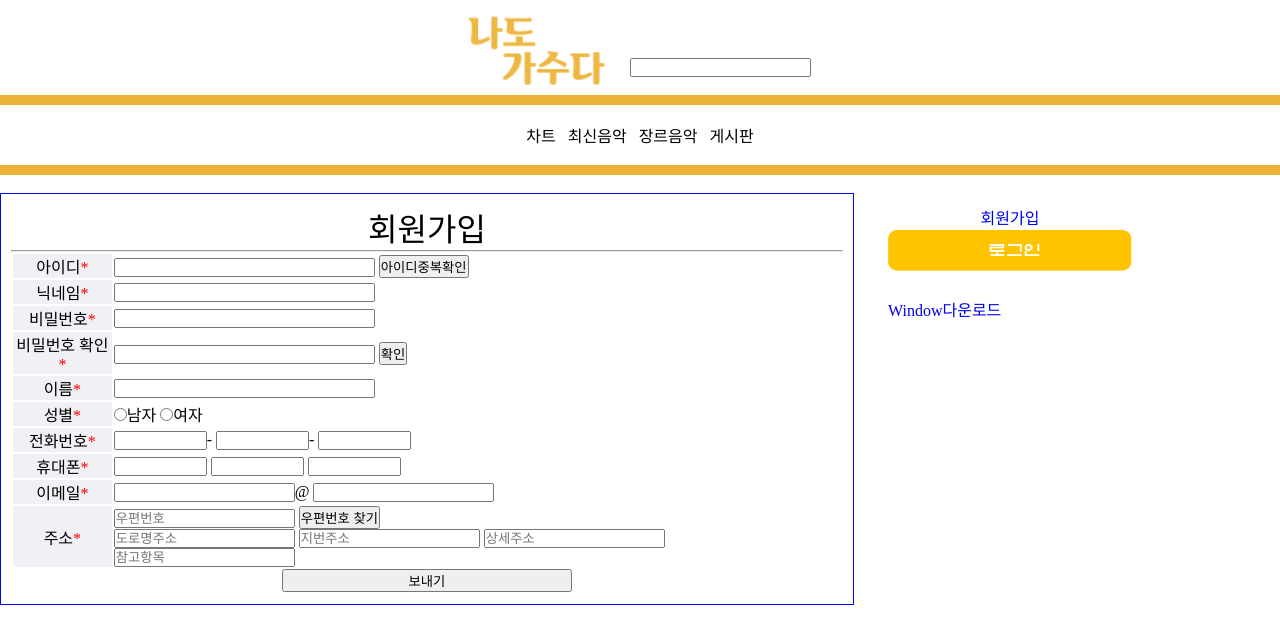
Repository: Ea-Bell/GraduationPortfolio
Page: http://localhost/WebTest/webTest/View/login/signUp.jsp
These files come from the project's save history. The page is drawn as it stood at one moment and after the next save; the edit follows.
The browser window is 1280 px wide. The pictures show the whole page.
The page is served by Tomcat 9. Nobody is signed in. The application's start-up code is not run. Other server files are loaded and not shown.

Above is the page before, as saved 2020-09-16 08:35:30.

### WEB_Server/WebTest/WebContent/webTest/View/login/signUp.jsp
<%@ page language="java" contentType="text/html; charset=UTF-8"
	pageEncoding="UTF-8"%>
<%@ taglib uri="http://java.sun.com/jsp/jstl/core" prefix="c"%>
<!DOCTYPE html>
<html>
<head>

<meta charset="UTF-8">
<title>회원가입</title>
<link rel="stylesheet" type="text/css" href="/webTest/Model/login/info.css" />
<link rel="stylesheet" type="text/css"
	href="/webTest/Model/mainForm/mainForm.css" />
<script type="text/javascript" src="/webTest/Model/mainForm/mainForm.js"></script>
</head>
<%-- 기본 기능 스크립트--%>
<script type="text/javascript" src="/webTest/Model/login/info.js"></script>

<%-- 다음 주소 스크립트--%>
<script
	src="https://t1.daumcdn.net/mapjsapi/bundle/postcode/prod/postcode.v2.js"></script>

<body>

<header>
	<div align="center">

		<form action="mainForm.jsp" method="post">
			<!-- 헤더 -->

				<a href="/index" style="background: white;">
					 <img src="/webTest/img/logo.png"
					 style="position: relative; top: 15px; left: 0px; width: 140px; width:140px"></a>
					  <input type="text" onclick=""
					style="position: relative; left: 20px;">
				&nbsp;&nbsp;&nbsp;&nbsp;&nbsp; <br>
				<br>

				<hr id="head_line" size="10px" color="#ECB237">

				<br> <a href="" onmouseover="TextMover()"
					onmouseout="TextMount()" id="nav" style="color: black;">차트</a>
				&nbsp; <a href="/webTest/View/fileUpLoad/fileList.jsp" onmouseover="TextMover2()"
					onmouseout="TextMount2()" id="nav2" style="color: black;">최신음악</a>
				&nbsp; <a href="" onmouseover="TextMover3()"
					onmouseout="TextMount3()" id="nav3" style="color: black;">장르음악</a>
						&nbsp; <a href="/webTest/article/list.jsp"  id="nav3" style="color: black;">게시판</a>
				<br>
				<br>
		</form>



	</div>
</header>
		<hr id="head_line" size="10px" color="#ECB237">
		<br>
	<!-- 콘텐츠 -->

	<div id="content"  style="border:1px solid blue; padding:10px; width: 65%;  float: left;" >


<form action="" name="join" method="post">
		<div align="center">
			<span> <font size="6px">회원가입</font>
			</span>
			<hr>
		</div>
		<div align="center">
			<table>
				<tr>
					<td align="center" id="iColor">아이디<span id="iSpan">*</span></td>
					<td><input type="text" size="30" name="id" value="${param.id}">
						<input type="submit" value="아이디중복확인" name="btn1" onclick="Btn(1)">
					</td>
				</tr>
				<tr>
					<td align="center" id="iColor">닉네임<span id="iSpan">*</span></td>
					<td><input type="text" size="30" name="nickname"> <c:if
							test="${errors.nickname }">닉네임을 입력하시오.</c:if></td>
				</tr>
				<tr>
					<td align="center" id="iColor">비밀번호<span id="iSpan">*</span></td>
					<td><input type="password" size="30" name="pw"> <c:if
							test="${errors.pw}}">암호를 입력하시오</c:if></td>
				</tr>
				<tr>
					<td align="center" id="iColor">비밀번호 확인<span id="iSpan">*</span></td>
					<td><input type="password" size="30"> <input type="submit"
						value="확인" name="confirmPw" onclick="Btn(3)"> <c:if
							test="${errors.confirmPw}">암호를 입력하시오.</c:if></td>
				</tr>
				<tr>
					<td align="center" id="iColor">이름<span id="iSpan">*</span></td>
					<td><input type="text" size="30" name="name"
						value="${param.name}"> <c:if test="${errors.name} }"></c:if>
					</td>
				</tr>

							<!-- 성별에서 디비 오류남 -->
				<tr>
					<td align="center" id="iColor">성별<span id="iSpan">*</span></td>
					<td><input type="radio" name="gender" value="남">남자 <input
						type="radio" name="gender" value="여">여자 <c:if
							test="${errors.gender}">성별을 클릭하시오.</c:if></td>
				</tr>
				<tr>
					<td align="center" id="iColor">전화번호<span id="iSpan">*</span></td>
					<td><input type="text" size="9" name="tel1">- <input
						type="text" size="9" name="tel2">- <input type="text"
						size="9" name="tel3"> <c:if test="${errors.tel }">전화번호를 입력하시오</c:if>
					</td>
				</tr>
				<tr>
					<td align="center" id="iColor">휴대폰<span id="iSpan">*</span></td>
					<td><input type="text" size="9" name="phone1"> <input
						type="text" size="9" name="phone2"> <input type="text"
						size="9" name="phone3"> <c:if test="${errors.phone}">번호를 입력하시오</c:if>
					</td>
				</tr>
				<tr>
					<td align="center" id="iColor">이메일<span id="iSpan">*</span></td>


			<td>
			<input type="text" name ="email1">@
			<input type="text" name ="email2">

			</td>
				<%-- 테스트 해야한다
<!-- 이메일  오류 있으니 이메일 체인지 찾아서 수정해서 완료할것(완료시 주석 삭제 요청함) -->

					<td>

						<input type="text" name="email1" onfocus="this.value='';"> @
						<input type="text" name="email2" value="" disabled>
						 <select name="email1" onchange="email_change()">
							<!--     <option value="0" >선택하세요</option> -->
							<option id="email2" value="9">직접입력</option>

							<option value="naver.com">naver.com</option>

							<option value="nate.com">nate.com</option>
					</select> <!-- 이메일끝 요기서 이메일 텍스트 부분을 3가지로 나눠서 생각하시오 --> <c:if
							test="errors.email">이메일을 입력하시오</c:if>
					</td>

					 --%>
				</tr>
				<tr>
					<td align="center" id="iColor">주소<span id="iSpan">*</span></td>

					<td><input type="text" id="sample4_postcode" name="addr1"
						placeholder="우편번호"> <input type="button"
						onclick="sample4_execDaumPostcode()" value="우편번호 찾기"><br>

						<input type="text" id="sample4_roadAddress" name="addr2"
						placeholder="도로명주소"> <input type="text"
						id="sample4_jibunAddress" name="addr3" placeholder="지번주소">

						<span id="guide" style="color: #999; display: none"></span> <input
						type="text" id="sample4_detailAddress" name="addr4"
						placeholder="상세주소"> <input type="text"
						id="sample4_extraAddress" name="addr5" placeholder="참고항목">
						<c:if test="errors.addr">주소를 입력하시오</c:if></td>
				</tr>
				<tr >
					<td colspan="2" align="center" ><input  style="width: 35%; background: 1px solid #ECB237; background-color:rgba(0,0,0,0,); " type="submit" value="보내기" name="btn2"
						onclick="Btn(2)" ></td>
				</tr>
			</table>
		</div>
	</form>
	</div>



	<div style="padding:10px; width: 30%; float: right;">
		<aside id="main_aside">

			<table border="0">
				<tr>
					<td><c:if test="${empty authUser }">
							<div align="center"><a href=""></a> <a href="/webTest/login/signUp.jsp">회원가입</a></div>
							<a href="/webTest/login/login.jsp" ><img alt="" src="/webTest/img/login/login.png" style="height: 42px; width: 244px;"></a>
							<br>

						</c:if> <c:if test="${!empty authUser}">
				${authUser.nickname}님, 안녕하세요.<br />
							<a href="/LogoutHandler">[로그아웃하기]</a>
							<a href="changePwdForm.jsp">[암호변경하기]</a>
									&nbsp;&nbsp;&nbsp;&nbsp;&nbsp;&nbsp;&nbsp;&nbsp;&nbsp;&nbsp;<a href="/webTest/list/newMusicForm.jsp">[마이페이지]</a>
						</c:if></td>
				</tr>
			</table>

			<br>
			<table border="0">
				<tr>

					<td>
				<a href="/webTest/나는가수다.msi" download=>Window다운로드</a>
					</td>

				</tr>
			</table>

		</aside>
		</div>



	<!-- 바텀 -->
	<div align="center">



	</div>

</body>
</html>

### WEB_Server/WebTest/WebContent/webTest/Model/login/info.css
@charset "UTF-8";

#iColor
{
	background-color: #f0f0f5;
}
#iSpan
{
	color: red;
	align-content: center;
}

### WEB_Server/WebTest/WebContent/webTest/Model/mainForm/mainForm.css
@charset "UTF-8";
body{
	position: relative;
}

*{ margin:0; padding :0;}

img{border: 0; width:16px ; height: 16 px;}


#content{
	/* 중앙 정렬*/
	width: 960px;

	/* 수평 레이아웃 구성 */
	overflow: hidden;
}
#content > #main_section
{
	width: 650px;
	float: left;			/* 왼쪽에 붙입니다*/
}

#content > #main_aside{
	height:30%;
	width : 25%;
	float: right;           /*오른쪽에 붙입니다.*/
	margin-bottom: 20px;
	padding: 10px;

	color: #ff8000;


}



#content > #main_bside{

	width : 30%;
	height:0%;
	float: left;           /*왼쪽에 붙입니다.*/
	margin-bottom: 20px;
	padding: 10px;


}
#content > #main_cside{
	width :70%;
	height: 0%;
	float: none;           /*가운데에 붙입니다.*/
	margin-bottom: 20px;
	padding: 10px;
	border: 1px solid #e4e4e4;
	color: #ff8000;
	background-color:ff8000;
}

#textcolor{
	border: 1px solid #e4e4e4;
	color: #ff8000;
	background-color:ff8000;
}

#hr
{

}
#nav
{
	 font-family: ""
}
#winFont{
	font-family: "돋음";
	color: #1A1A1A;
}
a {
  text-decoration: none;
}

### WEB_Server/WebTest/WebContent/webTest/Model/mainForm/mainForm.js
/**
 *
 */

//문자나 이미지가 밖으로 나갔을경우
function TextMover() {
	var dama = document.getElementById('nav');
	dama.style.color="Red";
}
function ImgMover() {

}
function TextMover2() {
	var dama = document.getElementById('nav2');
	dama.style.color="Red";
}
function TextMover3() {
	var dama = document.getElementById('nav3');
	dama.style.color="Red";
}
//문자나 이미지가 밖으로 갔을경우
function TextMount() {
	var dama = document.getElementById('nav');
	dama.style.color="Black";
}
function TextMount2() {
	var dama = document.getElementById('nav2');
	dama.style.color="Black";
}
function TextMount3() {
	var dama = document.getElementById('nav3');
	dama.style.color="Black";
}
function ImgMount() {

}

### WEB_Server/WebTest/WebContent/webTest/Model/login/info.js
/**
 *
 */




function email_change(){

/*
if(document.join.email.options[document.join.email.selectedIndex].value == '0'){

 document.join.email2.disabled = true;

 document.join.email2.value = " ";
 dovument.join.email2.text = "";
}
*/



}
	function pwErrorCheck(){
	    var pw = document.join.wUserPW.value;
	    //var confirmPW = document.join.wUserPWConfirm.value;
	    if (pw.length < 6 || pw.length > 16) {
	        window.alert('비밀번호는 6글자 이상, 16글자 이하만 이용 가능합니다.');
	        document.join.pw.value =""
	        document.join.pwCheck.value="";
	        document.join.pw.focus();
	    }
	}


	function isSame(){
		var pw = document.join.pw.value;
	    var confirmPW = document.join.confirmPW.value;
		if(pw !="" && confirmPW!="") {
	        if(pw == confirmPW) {
	        	  document.getElementById('check').innerHTML='비밀번호가 일치합니다.'
	              document.getElementById('check').style.color='blue';
	        }
	        else {
	        	document.getElementById('check').innerHTML='비밀번호가 일치하지 않습니다.';
	            document.getElementById('check').style.color='red';
	        }
	    }
	}




function SetEmailTail(emailValue) {
	  if ( emailValue == "notSelected" ){
		  document.join.email2.readOnly = true;
		  document.join.email2.value = "";
	  }
	  else if ( emailValue == "etc" ) {
		  document.join.email2.readOnly = false;
		  document.join.email2.value = "";
	  } else {
		  document.join.email2.readOnly = true;
		  document.join.email2.value = emailValue;
	  }
}


function Btn(index){

	if(index ==1){
		document.join.method="post"
		document.join.action="../../test/test1.jsp";

	}
	else if(index==2)
		{
		document.join.method="post"
			document.join.action="/WebTest/Servlet";
		}
	else if(index ==3)
		{document.join.method="post"
		document.join.action="../../test/test3.jsp";
		}
	document.join.submit();
}



//본 예제에서는 도로명 주소 표기 방식에 대한 법령에 따라, 내려오는 데이터를 조합하여 올바른 주소를 구성하는 방법을 설명합니다.
function sample4_execDaumPostcode() {
    new daum.Postcode({
        oncomplete: function(data) {
            // 팝업에서 검색결과 항목을 클릭했을때 실행할 코드를 작성하는 부분.

            // 도로명 주소의 노출 규칙에 따라 주소를 표시한다.
            // 내려오는 변수가 값이 없는 경우엔 공백('')값을 가지므로, 이를 참고하여 분기 한다.
            var roadAddr = data.roadAddress; // 도로명 주소 변수
            var extraRoadAddr = ''; // 참고 항목 변수

            // 법정동명이 있을 경우 추가한다. (법정리는 제외)
            // 법정동의 경우 마지막 문자가 "동/로/가"로 끝난다.
            if(data.bname !== '' && /[동|로|가]$/g.test(data.bname)){
                extraRoadAddr += data.bname;
            }
            // 건물명이 있고, 공동주택일 경우 추가한다.
            if(data.buildingName !== '' && data.apartment === 'Y'){
               extraRoadAddr += (extraRoadAddr !== '' ? ', ' + data.buildingName : data.buildingName);
            }
            // 표시할 참고항목이 있을 경우, 괄호까지 추가한 최종 문자열을 만든다.
            if(extraRoadAddr !== ''){
                extraRoadAddr = ' (' + extraRoadAddr + ')';
            }

            // 우편번호와 주소 정보를 해당 필드에 넣는다.
            document.getElementById('sample4_postcode').value = data.zonecode;
            document.getElementById("sample4_roadAddress").value = roadAddr;
            document.getElementById("sample4_jibunAddress").value = data.jibunAddress;

            // 참고항목 문자열이 있을 경우 해당 필드에 넣는다.
            if(roadAddr !== ''){
                document.getElementById("sample4_extraAddress").value = extraRoadAddr;
            } else {
                document.getElementById("sample4_extraAddress").value = '';
            }

            var guideTextBox = document.getElementById("guide");
            // 사용자가 '선택 안함'을 클릭한 경우, 예상 주소라는 표시를 해준다.
            if(data.autoRoadAddress) {
                var expRoadAddr = data.autoRoadAddress + extraRoadAddr;
                guideTextBox.innerHTML = '(예상 도로명 주소 : ' + expRoadAddr + ')';
                guideTextBox.style.display = 'block';

            } else if(data.autoJibunAddress) {
                var expJibunAddr = data.autoJibunAddress;
                guideTextBox.innerHTML = '(예상 지번 주소 : ' + expJibunAddr + ')';
                guideTextBox.style.display = 'block';
            } else {
                guideTextBox.innerHTML = '';
                guideTextBox.style.display = 'none';
            }
        }
    }).open();
}

After the next save:
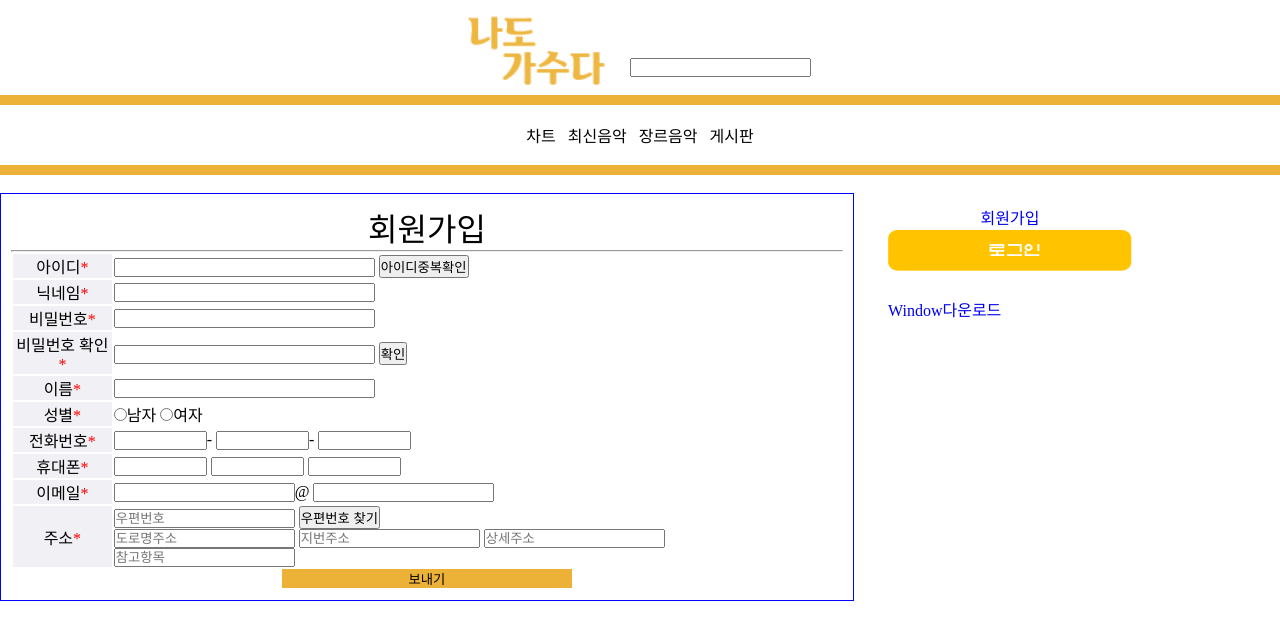
Saved 49 s later.
--- a/WEB_Server/WebTest/WebContent/webTest/View/login/signUp.jsp
+++ b/WEB_Server/WebTest/WebContent/webTest/View/login/signUp.jsp
@@ -164,7 +164,7 @@
 						<c:if test="errors.addr">주소를 입력하시오</c:if></td>
 				</tr>
 				<tr >
-					<td colspan="2" align="center" ><input  style="width: 35%; background: 1px solid #ECB237; background-color:rgba(0,0,0,0,); " type="submit" value="보내기" name="btn2"
+					<td colspan="2" align="center" ><input  style="width: 35%; background: #ECB237; border: 0; outline: 0; " type="submit" value="보내기" name="btn2"
 						onclick="Btn(2)" ></td>
 				</tr>
 			</table>
